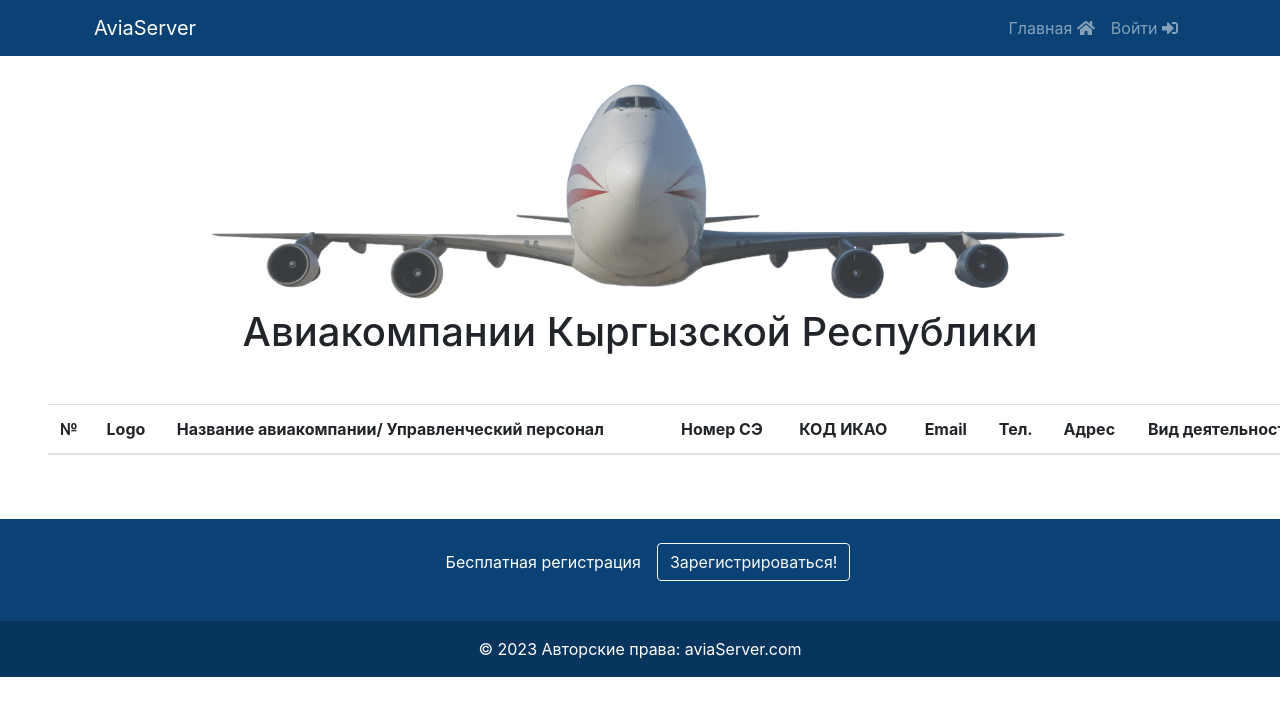
Repository: sulimonn/aviaServer
Page: products/templates/products/index.html
An editor plug-in stored every save of this project. The page is shown before and after the next save, followed by the edit.
The browser window is 1280 px wide. The pictures show the whole page.
Some web libraries are served in a nearby version. The template is drawn by Django 4.2. The application's start-up code is not run. Other server files are loaded and not shown. The template is opened directly, without the code that normally fills it, so the values that code supplies are empty.

Above is the page before, as saved 2023-08-14 21:21:29.

### products/templates/products/index.html
{% extends 'products/base.html' %}
{% load static %}
{% block css %}
    <link href="{% static 'css/index.css' %}" rel="stylesheet"/>
    <link href="{% static 'css/products.css' %}" rel="stylesheet"/>
{% endblock %}

{% block content  %}

<div class="d-flex main-pic">
    <img class="m-auto" width="900px" src="/media/img/carusel.png">
</div>
<div class="d-flex main-label">
    <h1 align="center" class="m-auto pb-5">Авиакомпании Кыргызской Республики</h1>
</div>
<div class="table-responsive">

    <table class="table mx-5">
      <thead>
        <tr>
          <th scope="col">№</th>
          <th scope="col">Logo</th>
          <th scope="col">Название авиакомпании/
    Управленческий  персонал</th>
          <th scope="col">Номер СЭ</th>
          <th scope="col">КОД ИКАО</th>
          <th scope="col">Email</th>
          <th scope="col">Тел.</th>
          <th scope="col">Адрес</th>
          <th scope="col">Вид деятельности</th>
        </tr>
      </thead>
        {% for company in companies %}


      <tbody>
        <tr>
          <th scope="row">{{ company.id }}</th>
          <td><img class="card-img-top" src="/media/{{ company.image }}" ></td>
          <td>{{ company.name }}</td>
          <td>{{ company.number }}</td>
          <td>{{ company.code }}</td>
          <td>{{ company.email }}</td>
          <td>{{ company.phone1 }} {{ company.phone2 }}</td>
          <td>{{ company.address }}</td>
          <td>{{ company.kind_of_activity }}</td>
        </tr>

      </tbody>
        {% endfor %}
    </table>
</div>


{% endblock %}

### products/templates/products/base.html
{% load static %}
<!DOCTYPE html>
<html lang="en">

<head>

    <meta charset="utf-8">
    <meta name="viewport" content="width=device-width, initial-scale=1, shrink-to-fit=no">
    <meta name="description" content="">
    <meta name="author" content="">

    <title>{{ title | title }}</title>

    <!-- Bootstrap core CSS -->
    <link href="{% static 'vendor/bootstrap/css/bootstrap.min.css' %}" rel="stylesheet">
    <link href="{% static 'css/auth.css' %}" rel="stylesheet"/>
    {% block css %}
    {% endblock css %}
    <script src="https://cdnjs.cloudflare.com/ajax/libs/font-awesome/5.15.1/js/all.min.js"
            crossorigin="anonymous"></script>
    <!-- Custom styles for this template -->
</head>

<body>

<!-- Navigation -->
<nav class="navbar navbar-expand-lg navbar-dark fixed-top" style="background-color: #0a4275;">
  <div class="container">
      <a class="navbar-brand" href="index.html">AviaServer</a>
      <button class="navbar-toggler" type="button" data-toggle="collapse" data-target="#navbarResponsive"
              aria-controls="navbarResponsive" aria-expanded="false" aria-label="Toggle navigation">
          <span class="navbar-toggler-icon"></span>
      </button>
      <div class="collapse navbar-collapse" id="navbarResponsive">
          <ul class="navbar-nav ml-auto">
              <li class="nav-item">
                  <a class="nav-link" href="#">Главная <i class="fas fa-home"></i> </a>
              </li>
              {% if user.is_authenticated %}
              <li class="nav-item">
                  <a class="nav-link" href="{% url 'users:profile' %}">{{ user.username }} <i class="fas fa-user-circle"></i>
                  </a>
              </li>
             <li class="nav-item">
                  <a class="nav-link" href="{% url 'users:logout' %}">Выйти <i class="fas fa-sign-out-alt"></i></a>
              </li>

              {% else %}
              <li class="nav-item">
                  <a class="nav-link" href="{% url 'users:login' %}">Войти <i class="fas fa-sign-in-alt"></i></a>
              </li>


              {% endif %}
          </ul>
      </div>
  </div>
</nav>

{% block content  %}
{% endblock %}
<br>
<br>
<!--footer-->
<footer class="d-block text-center text-white" style="background-color: #0a4275;">
  <div class="container p-4 pb-0">
      <section class="">
          <p class="d-flex justify-content-center align-items-center">
              <span class="mx-3">Бесплатная регистрация</span>
              <a href="{% url 'users:register' %}" type="button" class="btn btn-outline-light btn-rounded">
                  Зарегистрироваться!
              </a>
          </p>
      </section>
  </div>
  <div class="text-center p-3" style="background-color: rgba(0, 0, 0, 0.2);">
      © 2023 Авторские права:
      <a class="text-white" href="{% url 'index' %}">aviaServer.com</a>
  </div>
</footer>


<!-- Bootstrap core JavaScript -->
<script src="{% static 'vendor/jquery/jquery.min.js' %}"></script>
<script src="{% static 'vendor/bootstrap/js/bootstrap.bundle.min.js' %}"></script>

<!-- FontAwesome script -->
<script src="{% static 'vendor/fontawesome/fontawesome-icons.js' %}" crossorigin="anonymous"></script>

</body>

</html>

### static/css/index.css
body {
    padding-top: 100px;
}

#start-purchase-btn {
    background-color: #23364e;
    border-color: #23364e;
    color: white;
}

#start-purchase-link {
    text-decoration: none;
    color: white;
}

### static/css/products.css
body {
    padding-top: 56px;
}

@media (max-width: 575.98px) {
    .main-pic img{
        width: 300px;
    }
    .main-label h1{
        font-size: 22px;
    }
}

Loaded but not shown: static/css/auth.css (library)

After the next save:
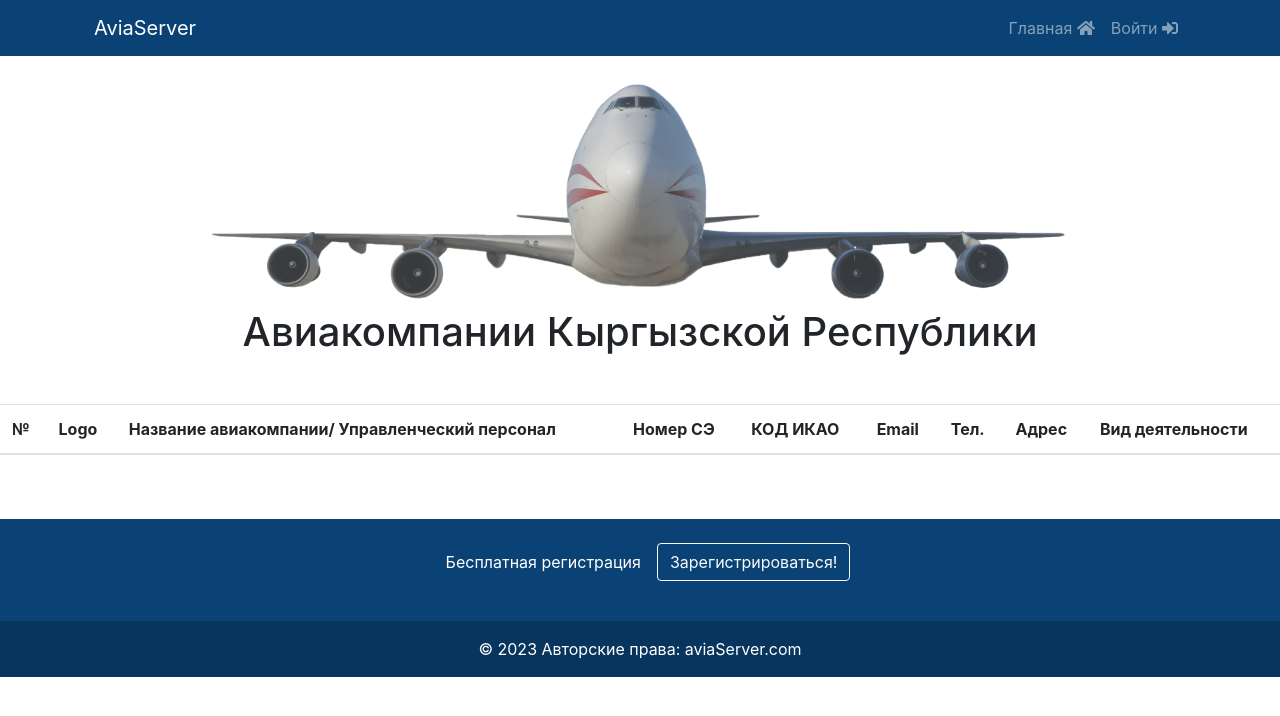
Saved 29 s later.
--- a/products/templates/products/index.html
+++ b/products/templates/products/index.html
@@ -15,7 +15,7 @@
 </div>
 <div class="table-responsive">
 
-    <table class="table mx-5">
+    <table class="table">
       <thead>
         <tr>
           <th scope="col">№</th>
